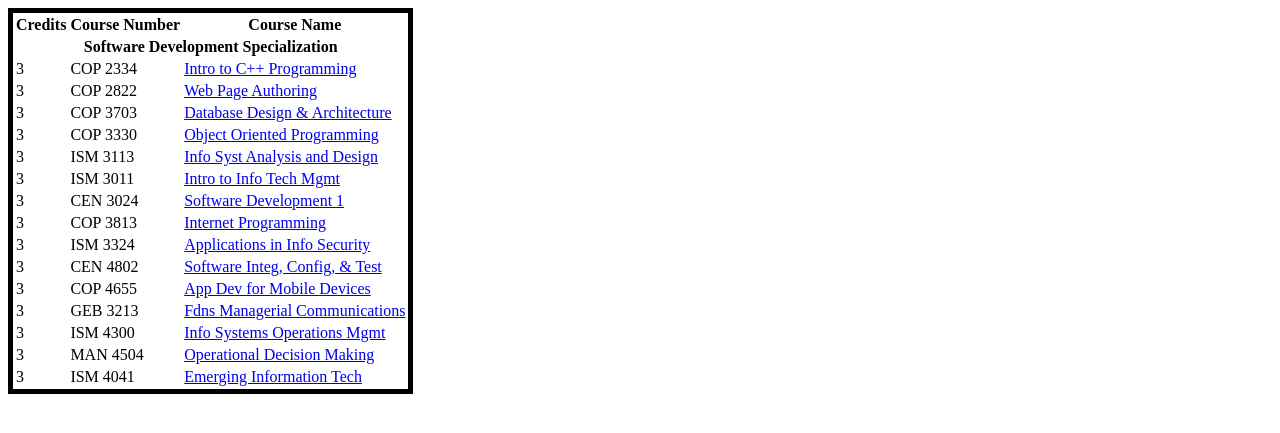
Repository: mlmEFSC21/P5-DegreeTableStyling
Page: FormattedProgramSpecialization1.html
An editor plug-in stored every save of this project. The page is shown before and after the next save, followed by the edit.
The browser window is 1280 px wide. The pictures show the whole page.

Above is the page before, as saved 2022-02-07 16:01:59.

### FormattedProgramSpecialization1.html
<!DOCTYPE html>
<html lang="en">
    <head>
        <meta charset="UTF-8" />
        <meta http-equiv="X-UA-Compatible" content="IE=edge" />
        <meta name="viewport" content="width=device-width, initial-scale=1.0" />
        <link rel="preconnect" href="https://fonts.googleapis.com" />
        <link rel="preconnect" href="https://fonts.gstatic.com" crossorigin />
        <link
            href="https://fonts.googleapis.com/css2?family=Spectral:wght@300&display=swap"
            rel="stylesheet"
        />
        <title>Degree Specialization Table</title>
    </head>
    <body>
        <table style="border: 5px solid black">
            <tr>
                <th colspan="3">Software Development Specialization</th>
            </tr>
            <thead>
                <tr>
                    <th>Credits</th>
                    <th>Course Number</th>
                    <th>Course Name</th>
                </tr>
            </thead>
            <tbody>
                <tr>
                    <td>3</td>
                    <td>COP 2334</td>
                    <td>
                        <a
                            href="https://bannerweb.easternflorida.edu/prod/bwckctlg.p_disp_course_detail?cat_term_in=202210&subj_code_in=COP&crse_numb_in=2334"
                            >Intro to C++ Programming</a
                        >
                    </td>
                </tr>
                <tr>
                    <td>3</td>
                    <td>COP 2822</td>
                    <td>
                        <a
                            href="https://bannerweb.easternflorida.edu/prod/bwckctlg.p_disp_course_detail?cat_term_in=202210&subj_code_in=COP&crse_numb_in=2822"
                            >Web Page Authoring</a
                        >
                    </td>
                </tr>
                <tr>
                    <td>3</td>
                    <td>COP 3703</td>
                    <td>
                        <a
                            href="https://bannerweb.easternflorida.edu/prod/bwckctlg.p_disp_course_detail?cat_term_in=202210&subj_code_in=COP&crse_numb_in=3703"
                            >Database Design & Architecture</a
                        >
                    </td>
                </tr>
                <tr>
                    <td>3</td>
                    <td>COP 3330</td>
                    <td>
                        <a
                            href="https://bannerweb.easternflorida.edu/prod/bwckctlg.p_disp_course_detail?cat_term_in=202210&subj_code_in=COP&crse_numb_in=3330"
                            >Object Oriented Programming</a
                        >
                    </td>
                </tr>
                <tr>
                    <td>3</td>
                    <td>ISM 3113</td>
                    <td>
                        <a
                            href="https://bannerweb.easternflorida.edu/prod/bwckctlg.p_disp_course_detail?cat_term_in=202210&subj_code_in=ISM&crse_numb_in=3113"
                            >Info Syst Analysis and Design</a
                        >
                    </td>
                </tr>
                <tr>
                    <td>3</td>
                    <td>ISM 3011</td>
                    <td>
                        <a
                            href="https://bannerweb.easternflorida.edu/prod/bwckctlg.p_disp_course_detail?cat_term_in=202210&subj_code_in=ISM&crse_numb_in=3011"
                            >Intro to Info Tech Mgmt</a
                        >
                    </td>
                </tr>
                <tr>
                    <td>3</td>
                    <td>CEN 3024</td>
                    <td>
                        <a
                            href="https://bannerweb.easternflorida.edu/prod/bwckctlg.p_disp_course_detail?cat_term_in=202210&subj_code_in=CEN&crse_numb_in=3024"
                            >Software Development 1</a
                        >
                    </td>
                </tr>
                <tr>
                    <td>3</td>
                    <td>COP 3813</td>
                    <td>
                        <a
                            href="https://bannerweb.easternflorida.edu/prod/bwckctlg.p_disp_course_detail?cat_term_in=202210&subj_code_in=COP&crse_numb_in=3813"
                            >Internet Programming</a
                        >
                    </td>
                </tr>
                <tr>
                    <td>3</td>
                    <td>ISM 3324</td>
                    <td>
                        <a
                            href="https://bannerweb.easternflorida.edu/prod/bwckctlg.p_disp_course_detail?cat_term_in=202210&subj_code_in=ISM&crse_numb_in=3324"
                            >Applications in Info Security</a
                        >
                    </td>
                </tr>
                <tr>
                    <td>3</td>
                    <td>CEN 4802</td>
                    <td>
                        <a
                            href="https://bannerweb.easternflorida.edu/prod/bwckctlg.p_disp_course_detail?cat_term_in=202210&subj_code_in=CEN&crse_numb_in=4802"
                            >Software Integ, Config, & Test</a
                        >
                    </td>
                </tr>
                <tr>
                    <td>3</td>
                    <td>COP 4655</td>
                    <td>
                        <a
                            href="https://bannerweb.easternflorida.edu/prod/bwckctlg.p_disp_course_detail?cat_term_in=202210&subj_code_in=COP&crse_numb_in=4655"
                            >App Dev for Mobile Devices</a
                        >
                    </td>
                </tr>
                <tr>
                    <td>3</td>
                    <td>GEB 3213</td>
                    <td>
                        <a
                            href="https://bannerweb.easternflorida.edu/prod/bwckctlg.p_disp_course_detail?cat_term_in=202210&subj_code_in=GEB&crse_numb_in=3213"
                            >Fdns Managerial Communications</a
                        >
                    </td>
                </tr>
                <tr>
                    <td>3</td>
                    <td>ISM 4300</td>
                    <td>
                        <a
                            href="https://bannerweb.easternflorida.edu/prod/bwckctlg.p_disp_course_detail?cat_term_in=202210&subj_code_in=ISM&crse_numb_in=4300"
                            >Info Systems Operations Mgmt</a
                        >
                    </td>
                </tr>
                <tr>
                    <td>3</td>
                    <td>MAN 4504</td>
                    <td>
                        <a
                            href="https://bannerweb.easternflorida.edu/prod/bwckctlg.p_disp_course_detail?cat_term_in=202210&subj_code_in=MAN&crse_numb_in=4504"
                            >Operational Decision Making</a
                        >
                    </td>
                </tr>
                <tr>
                    <td>3</td>
                    <td>ISM 4041</td>
                    <td>
                        <a
                            href="https://bannerweb.easternflorida.edu/prod/bwckctlg.p_disp_course_detail?cat_term_in=202210&subj_code_in=ISM&crse_numb_in=4041"
                            >Emerging Information Tech</a
                        >
                    </td>
                </tr>
            </tbody>
        </table>
    </body>
</html>

After the next save:
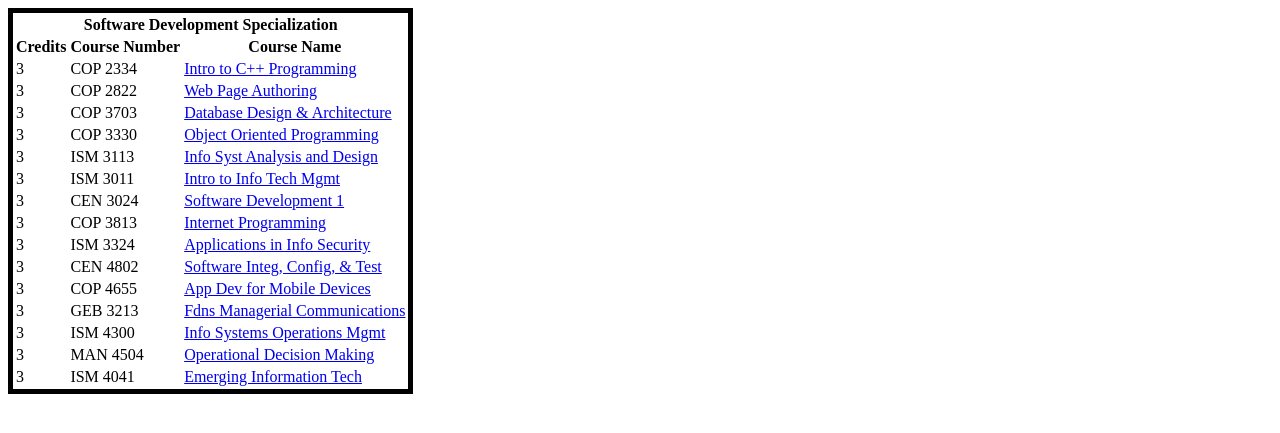
Saved 39 s later.
--- a/FormattedProgramSpecialization1.html
+++ b/FormattedProgramSpecialization1.html
@@ -14,10 +14,10 @@
     </head>
     <body>
         <table style="border: 5px solid black">
-            <tr>
-                <th colspan="3">Software Development Specialization</th>
-            </tr>
             <thead>
+                <tr>
+                    <th colspan="3">Software Development Specialization</th>
+                </tr>
                 <tr>
                     <th>Credits</th>
                     <th>Course Number</th>
